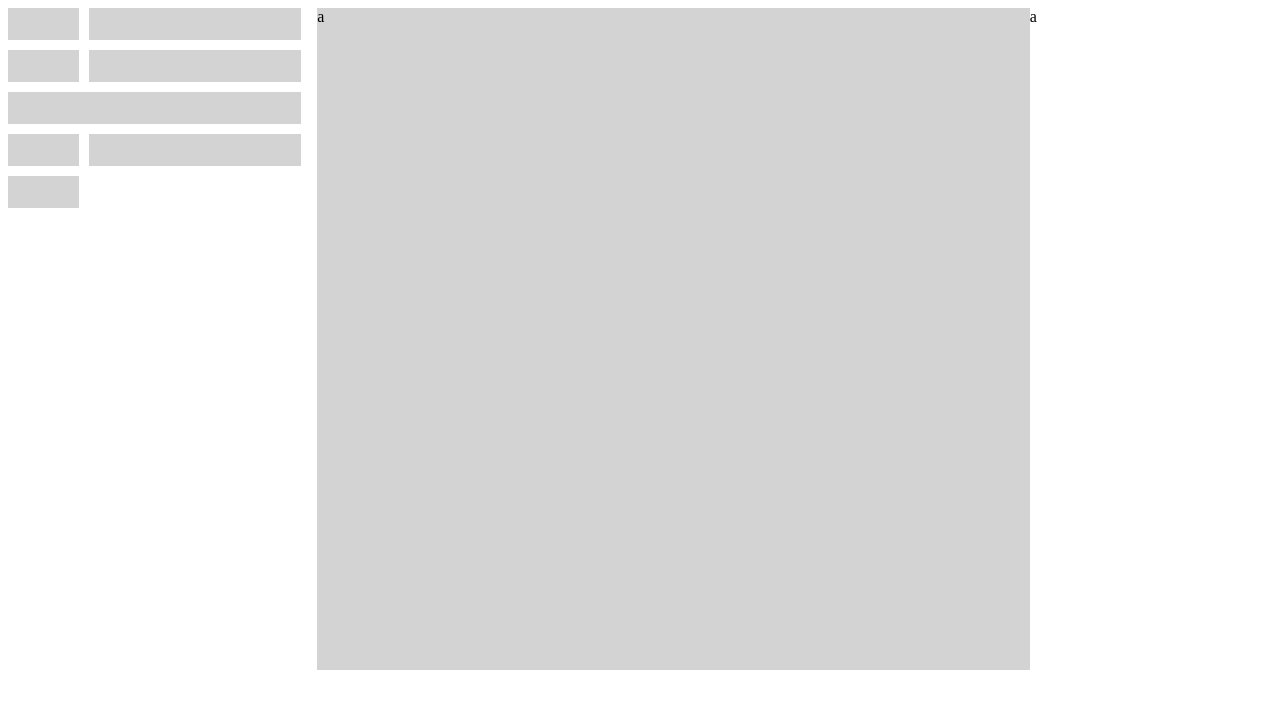
Repository: tr2cky/exercise2
Page: index.html
An editor plug-in stored every save of this project. The page is shown before and after the next save, followed by the edit.
The browser window is 1280 px wide. The pictures show the whole page.

Above is the page before, as saved 2022-10-01 11:39:03.

After the next save:
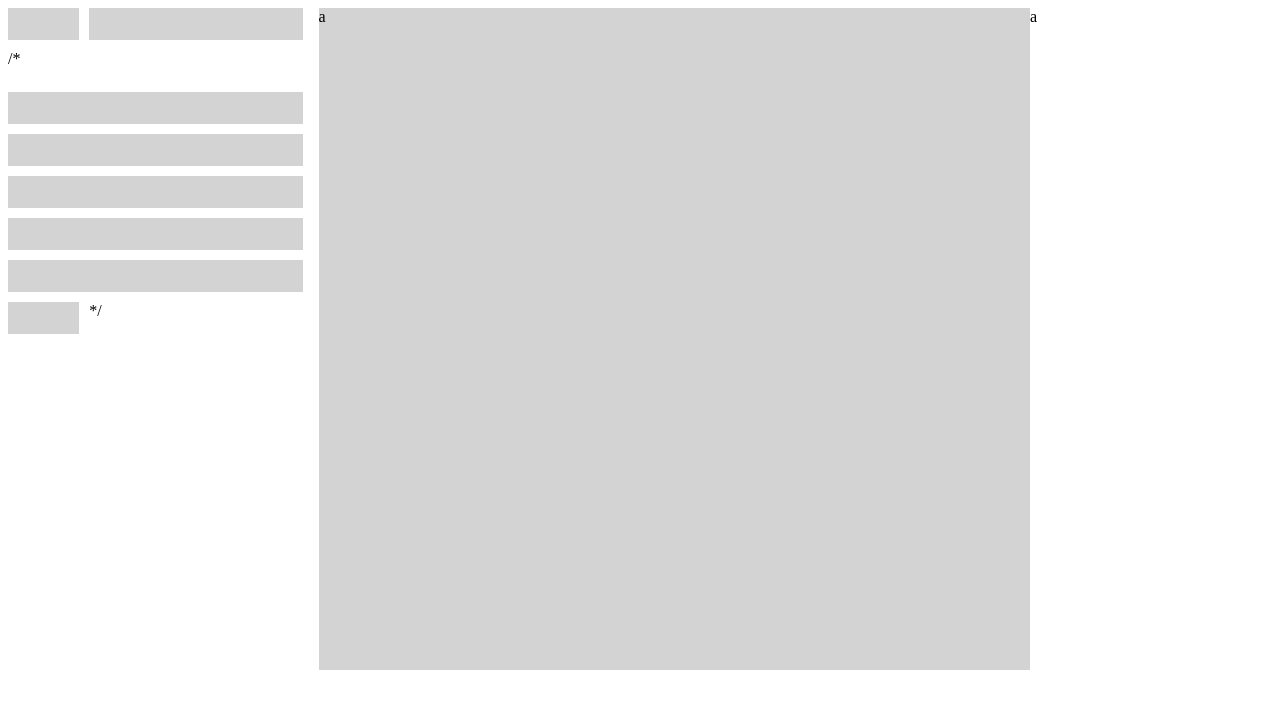
Saved 35 s later.
--- a/index.html
+++ b/index.html
@@ -14,12 +14,12 @@
         <div class="side1">
         <div id="box1"></div>
         <div id="box2"></div>
-        <div id="box3"></div>
+        /*<div id="box3"></div>
         <div id="box4"></div>
         <div id="box5"></div>
         <div id="box6"></div>
         <div id="box7"></div>
-        <div id="box8"></div>
+        <div id="box8"></div>*/
         </div>
         <main>
             a
--- a/style.css
+++ b/style.css
@@ -29,7 +29,7 @@ main {
     grid-column: 1/3;
     grid-row: 3;
 }
-/*#box4{
+#box4{
     grid-column: 1/3;
 }
 #box5{
@@ -40,4 +40,4 @@ main {
 }
 #box7{
     grid-column: 1/3;
-}*\
+}
